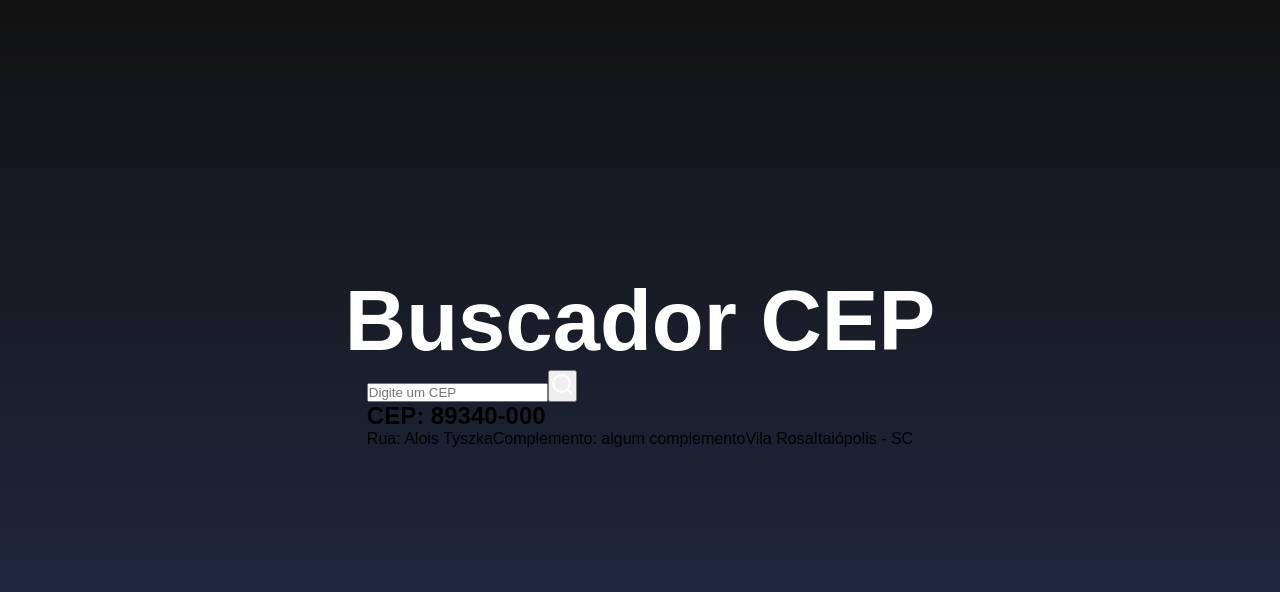
Repository: WelyntonRenan/buscador-cep
Page: / (app in buscador/)
These files come from the project's save history. The page is drawn as it stood at one moment and after the next save; the edit follows.
The browser window is 1280 px wide. The pictures show the whole page.
The project was rebuilt for these pictures with package versions that can differ from the ones it lists, and the page was loaded fresh each time.

Above is the page before, as saved 2022-11-13 23:43:53.

After the next save:
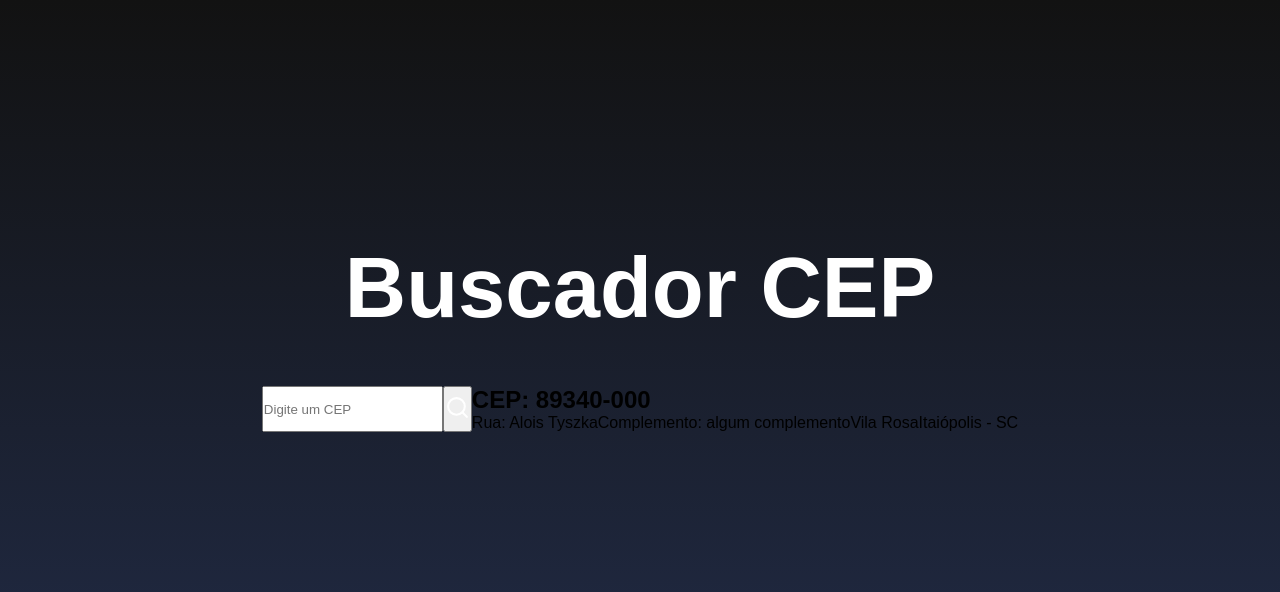
Saved 22 s later.
--- a/buscador/src/styles.css
+++ b/buscador/src/styles.css
@@ -23,7 +23,7 @@
   }
 }
 
-.comtainerInput {
+.containerInput {
   background-color: rgba(255, 255, 255, 255, 0.2);
   padding: 15px;
   margin: 34px 0;
